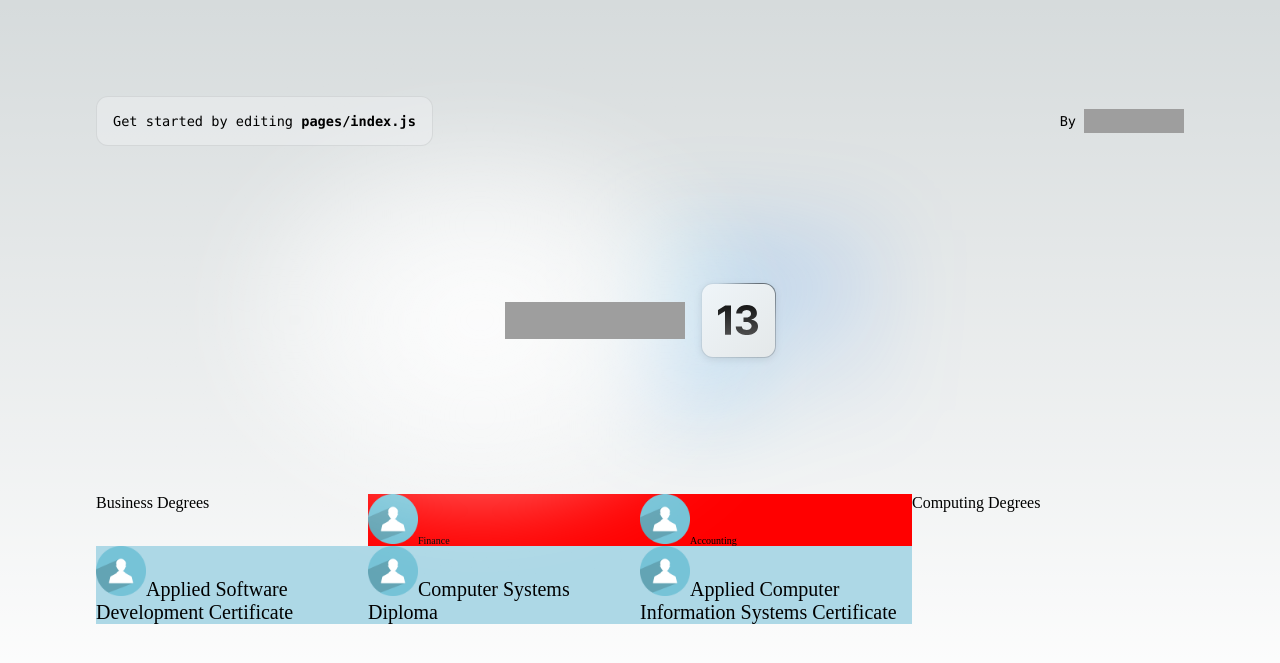
Repository: TeoEstrada9/Week-3-example
Page: /
An editor plug-in stored every save of this project. The page is shown before and after the next save, followed by the edit.
The browser window is 1280 px wide. The pictures show the whole page.
Pictures or frames that could not be fetched are drawn as grey boxes. The project was rebuilt for these pictures with package versions that can differ from the ones it lists, and the page was loaded fresh each time. The framework's server and built-in components were replaced by stand-ins that run in the browser. Also part of the build but not shown: next.config.js.

Above is the page before, as saved 2023-01-16 11:27:56.

After the next save:
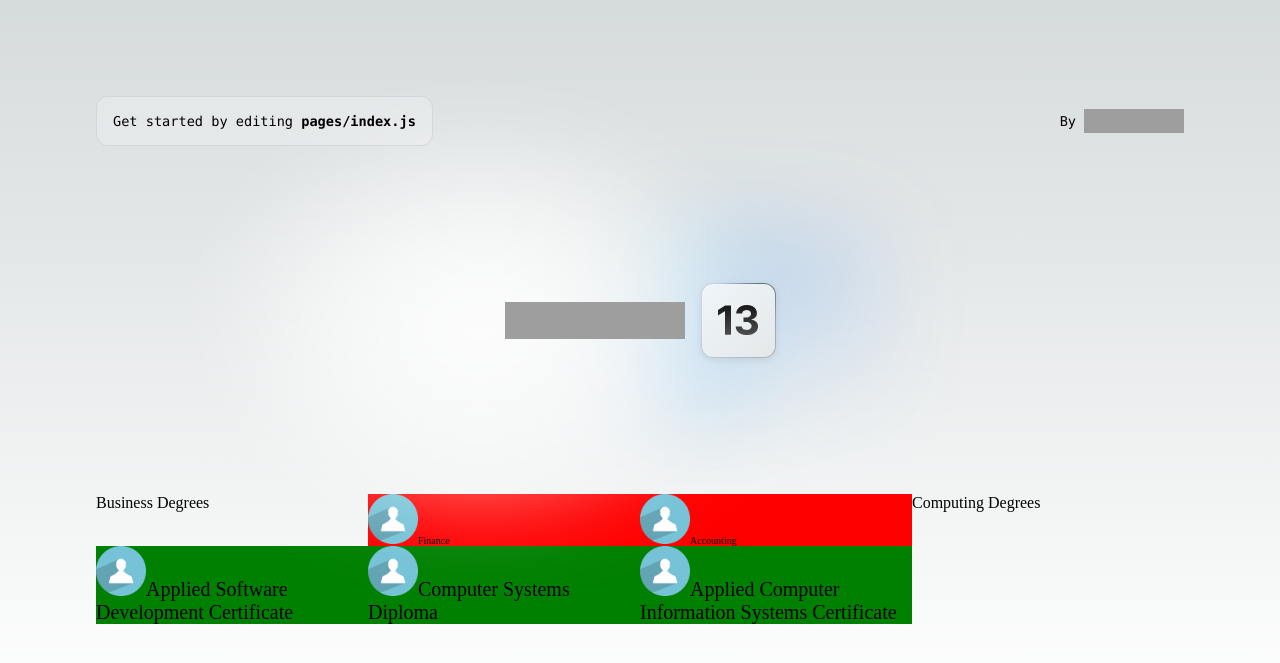
Saved 5 s later.
--- a/pages/index.js
+++ b/pages/index.js
@@ -82,7 +82,7 @@ export default function Home() {
           {information && information.map((info, index) => {
             if(info.department === "Computing")
             return(
-              <Card key={index} degree={info.degree} colour="lightblue" font="20px"/>
+              <Card key={index} degree={info.degree} colour="green" font="20px"/>
             )
 
           })}
